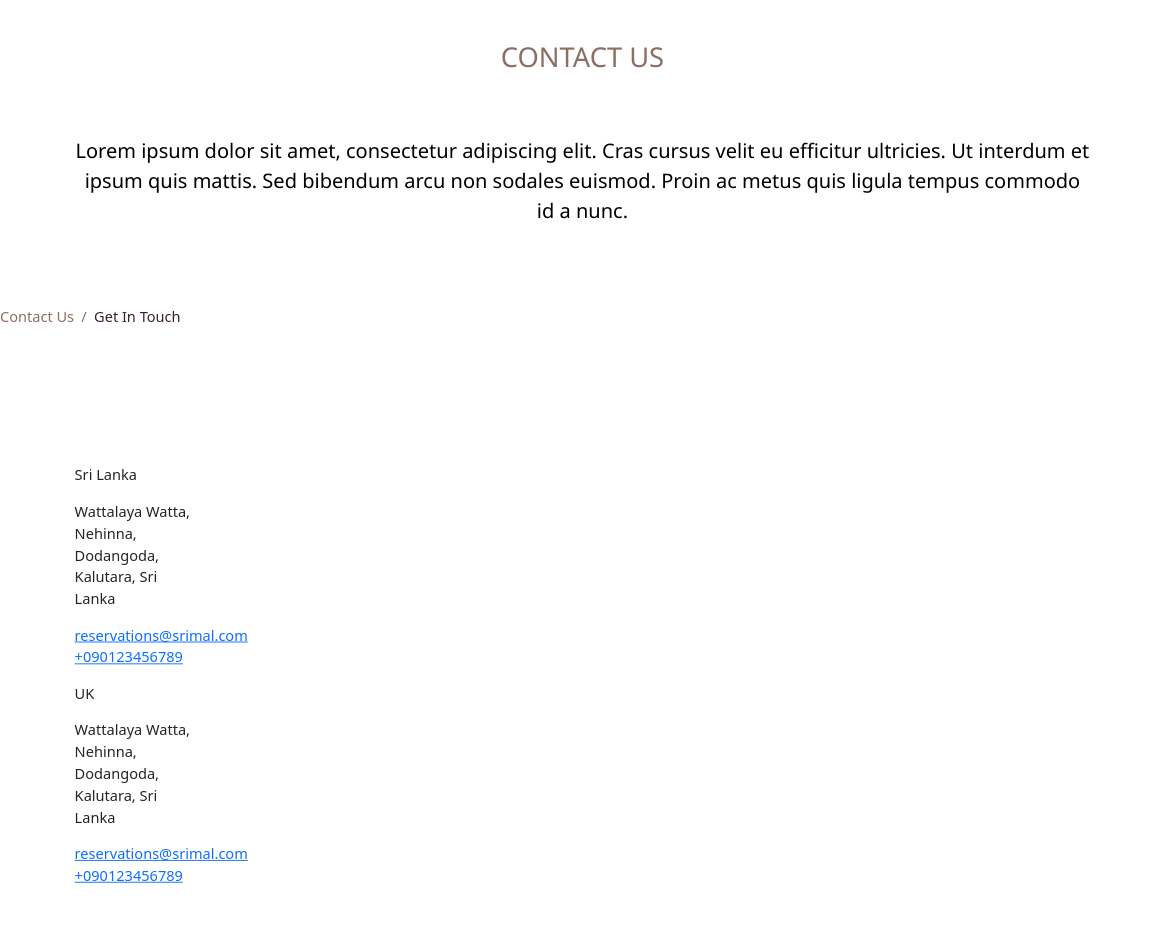
Repository: kaushalyaweerakoon/Plantation-Villa
Page: contact-us.html
The author's editor kept a copy of each file at every save. The page is drawn from the files as they stood at one save, then again after the next save.
The browser window is 1280 px wide. The pictures show the whole page, at 91% of full size.
Some web fonts or font styles are not loaded; a fallback is used.

Above is the page before, as saved 2022-08-15 10:40:54.
Not found: assets/js/main.js

### contact-us.html
<!doctype html>
<html lang="en">

<head>
    <meta charset="utf-8">
    <meta name="viewport" content="width=device-width, initial-scale=1">

    <title>Plantation Villa| News Inner</title>

    <!-- Bootstrap css -->
    <link href="https://cdn.jsdelivr.net/npm/bootstrap@5.2.0-beta1/dist/css/bootstrap.min.css" rel="stylesheet"
        integrity="sha384-0evHe/X+R7YkIZDRvuzKMRqM+OrBnVFBL6DOitfPri4tjfHxaWutUpFmBp4vmVor" crossorigin="anonymous">

    <!-- fonts -->
    <link href="http://fonts.cdnfonts.com/css/segoe-ui-4" rel="stylesheet">
    <link rel="preconnect" href="https://fonts.googleapis.com">
    <link rel="preconnect" href="https://fonts.gstatic.com" crossorigin>

    <!-- swiperJS -->
    <link rel="stylesheet" href="https://unpkg.com/swiper@8/swiper-bundle.min.css" />

    <!-- custom css -->
    <link rel="stylesheet" href="asserts/css/main.css">

</head>

<body>

    <!-- Section - 2(Featured Collections) -->
    <section class="container mt-md-4 mt-3 mb-5 pb-4">
        <p class="title pt-3">CONTACT US</p>

        <div class="text-center" id="">
            <p class="text">
                Lorem ipsum dolor sit amet, consectetur adipiscing elit. Cras cursus velit eu efficitur ultricies. Ut
                interdum et ipsum quis mattis. Sed bibendum arcu non sodales euismod. Proin ac metus quis ligula tempus
                commodo id a nunc.
            </p>
        </div>
    </section>
    <!-- Breadcrumb -->
    <nav aria-label="" class="mt-5 mb-4 ">
        <ol class="breadcrumb">
            <li class="breadcrumb-item"><a href="index.html" class="breadcrumb-text fs-13-px text-font-family">Contact
                    Us </a>
            <li class="breadcrumb-item"><a href="Integer Diam Gravida Fringilla.html" aria-current="page"
                    class="breadcrumb-text active fs-13-px text-font-family">Get In Touch</a>
            </li>
        </ol>
    </nav>
    <!--/ Breadcrumb -->

    <footer class="footer-colour pb-5 mt-3">
        <div class="container">

            <div class="row py-5">
                <div class="col">
                    <p class="mb-0 lh-1 fw-normal  fs-30-px text-white Lora-ff">Plantation Villa
                    </p>
                </div>
            </div>


            <!-- col - 02 -->
            <div class="col-md-9 col-xl-2 pe-xl-5 order-1">
                <div class="row gy-3 gx-4">
                    <div class="col col-xl-12">
                        <p class="tag-heading mb-3">Sri Lanka</p>
                        <p class="tag-colour">Wattalaya Watta,
                            Nehinna, Dodangoda,
                            Kalutara, Sri Lanka</p>
                        <ul class="list-unstyled">
                            <li><a class="tag-colour" href="reservations@srimal.com">reservations@srimal.com</a>
                            </li>
                            <li><a class="tag-colour" href="tel:++090123456789">+090123456789</a></li>
                        </ul>
                    </div>
                </div>
            </div>
            <!--/ col - 02 -->

            <!-- col - 03 -->
            <div class="col-md-9 col-xl-2 pe-xl-5 order-1">
                <div class="row gy-3 gx-4">
                    <div class="col col-xl-12">
                        <p class="tag-heading mb-3">UK</p>
                        <p class="tag-colour">Wattalaya Watta,
                            Nehinna, Dodangoda,
                            Kalutara, Sri Lanka</p>
                        <ul class="list-unstyled">
                            <li><a class="tag-colour" href="reservations@srimal.com">reservations@srimal.com</a>
                            </li>
                            <li><a class="tag-colour" href="tel:++090123456789">+090123456789</a></li>
                        </ul>
                    </div>
                </div>
            </div>
            <!--/ col - 03 -->


        </div>
    </footer>




    <!-- bootstrap -->
    <script src="https://cdn.jsdelivr.net/npm/bootstrap@5.2.0-beta1/dist/js/bootstrap.bundle.min.js"
        integrity="sha384-pprn3073KE6tl6bjs2QrFaJGz5/SUsLqktiwsUTF55Jfv3qYSDhgCecCxMW52nD2"
        crossorigin="anonymous"></script>

    <!-- swiperJS -->
    <script src="https://unpkg.com/swiper@8/swiper-bundle.min.js"></script>

    <!-- custom script -->
    <script src="assets/js/main.js"></script>


</body>

</html>

### asserts/css/main.css
/* Call the root */
:root {
  --Lora-font: 'Lora';
  --Segoe-font: 'Segoe UI';

  --font-size-14px: 18px;
  --font-size-20px: 20px;
  --font-size-22px: 22px;
  --font-size-25px: 25px;
  --font-size-30px: 30px;
  --font-size-35px: 35px;
  --font-size-40px: 40px;

  --font-color-8d6e63: #8d6e63;
  --font-color-3e2222: #3e2222;
  --bggreen: #7d824a;
  --co-white: #ffffff;
}

/* Create clases for fronts */
.Lora-ff {
  font-family: var(--Lora-font);
}

.Segoe-ff {
  font-family: var(--Segoe-font);
}

/* Create clases for front sizes*/
.fs-18-px {
  font-size: var(--font-size-18px)
}

.fs-20-px {
  font-size: var(--font-size-20px)
}

.fs-22-px {
  font-size: var(--font-size-22px)
}

.fs-25-px {
  font-size: var(--font-size-22px)
}

.fs-30-px {
  font-size: var(--font-size-30px)
}

.fs-35-px {
  font-size: var(--font-size-35px)
}

.fs-40-px {
  font-size: var(--font-size-40px)
}

/* Color */
.txt-purple {
  color: var(--font-color-8d6e63)
}

.txt-red {
  color: var(--font-color-3e2222)
}

/* news inner */

/* Breadcrumb */
.breadcrumb-text {
  text-decoration: none;
  color: var(--font-color-8d6e63);
  font-weight: normal;
}

.breadcrumb-text.active {
  color: var(--font-color-3e2222);
  text-decoration: none;
  font-weight: normal;
}

.breadcrumb-text:hover {
  font-size: var(--font-size-35px);
  color: var(--font-color-8d6e63);
  text-decoration: none;
}

.newsinner-date {
  color: var(--font-color-8d6e63);
  font-family: var(--Segoe-font);
  font-size: var(--font-size-20px);
}

.newsinner-head {
  color: var(--font-color-3e2222);
  font-family: var(--Lora-font);
  font-size: 45px;
  font-weight: normal;
}

.newsinner-text{
  font-size: var(--font-size-22px);
  font-family: var(--Segoe-font);
}

/* Heading */

.title {
  font-size: var(--font-size-30px);
  font-family: var(--Segoe-font);
  color: var(--font-color-8d6e63);
  text-align: center;
  margin-bottom: clamp(40px, 5vw, 71px);
}
.text{
  font-size: var(--font-size-22px);
  font-family: var(--Segoe-font);
  color: #000;
}

After the next save:
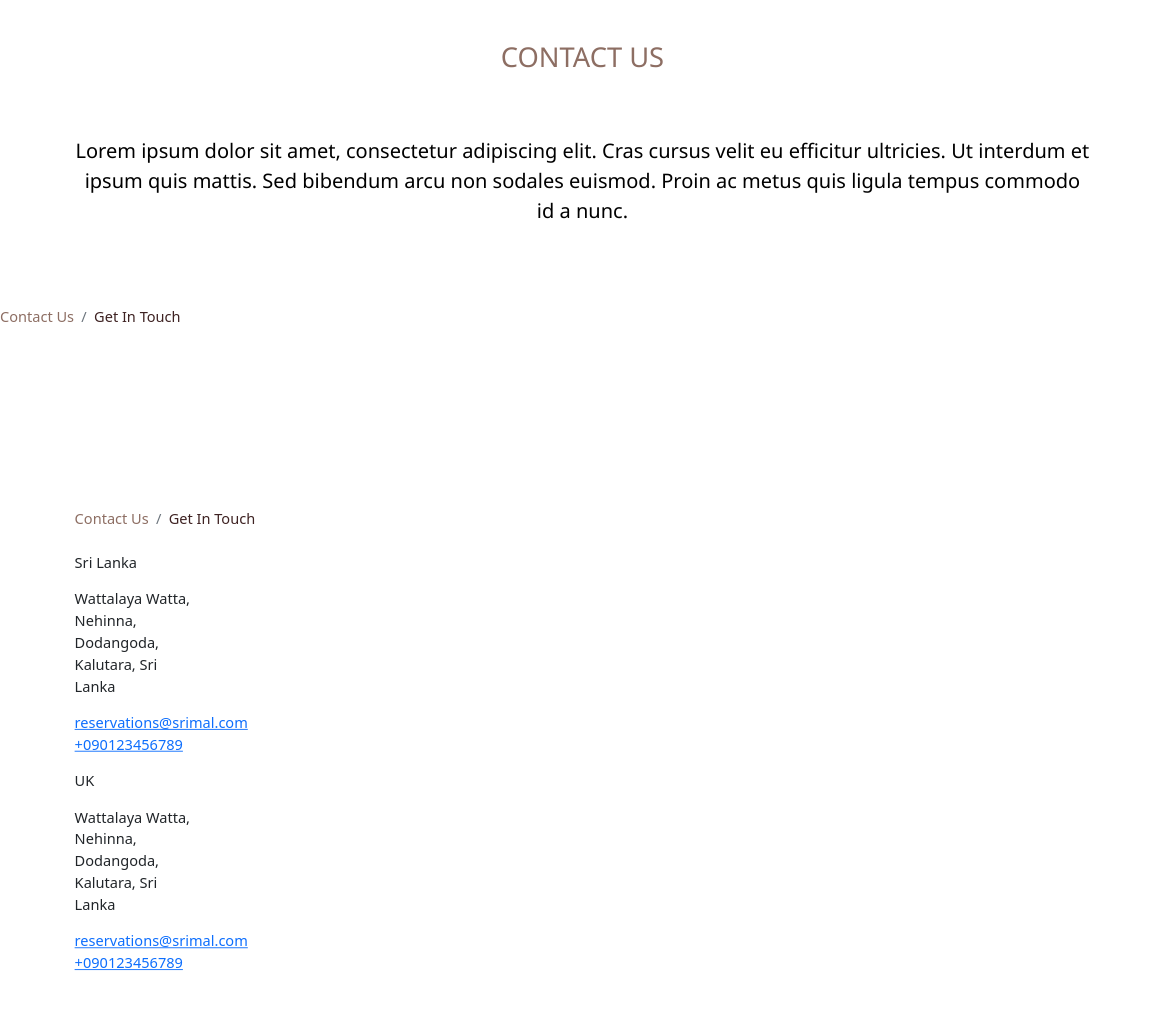
Saved 33 s later.
--- a/contact-us.html
+++ b/contact-us.html
@@ -60,6 +60,18 @@
                 </div>
             </div>
 
+             <!-- Breadcrumb -->
+    <nav aria-label="" class="mt-5 mb-4 ">
+        <ol class="breadcrumb">
+            <li class="breadcrumb-item"><a href="index.html" class="breadcrumb-text fs-13-px text-font-family">Contact
+                    Us </a>
+            <li class="breadcrumb-item"><a href="Integer Diam Gravida Fringilla.html" aria-current="page"
+                    class="breadcrumb-text active fs-13-px text-font-family">Get In Touch</a>
+            </li>
+        </ol>
+    </nav>
+    <!--/ Breadcrumb -->
+
 
             <!-- col - 02 -->
             <div class="col-md-9 col-xl-2 pe-xl-5 order-1">
